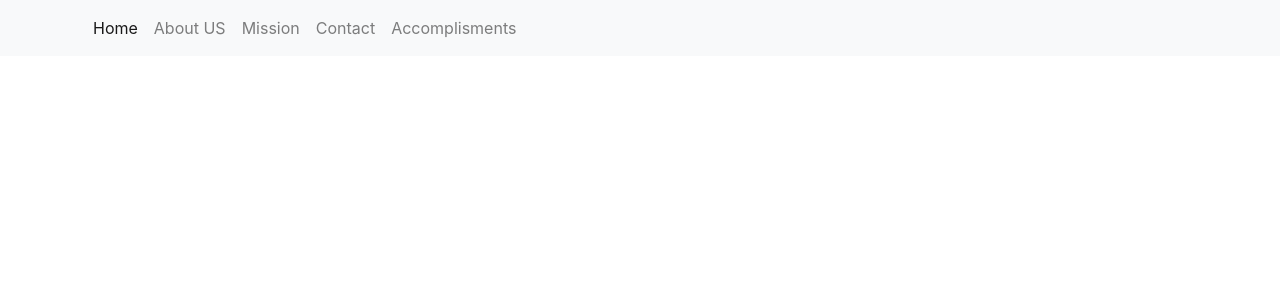
Repository: vipulx44/Prayas-Seva
Page: http://localhost/
The author's editor kept a copy of each file at every save. The page is drawn from the files as they stood at one save, then again after the next save.
The browser window is 1280 px wide. The pictures show the whole page.
Some web libraries are served in a nearby version. The page is run by PHP 8.4 with error messages shown; the project is at /var/www/html/.

Above is the page before, as saved 2017-09-23 14:17:36.

After the next save:
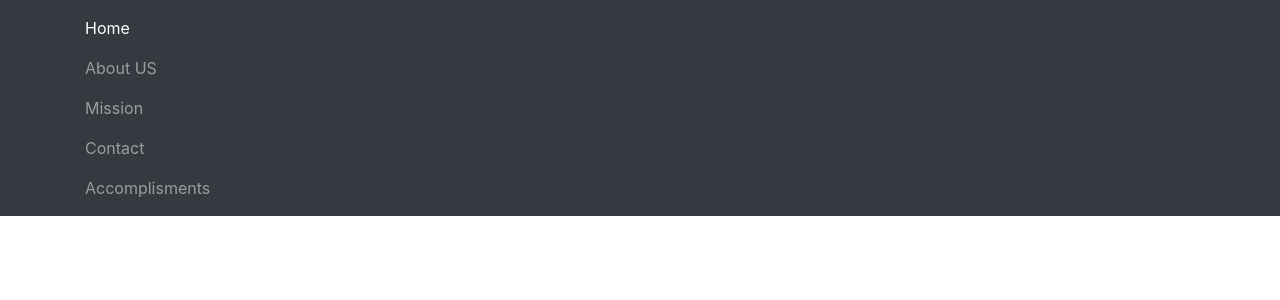
Saved 48 s later.
--- a/Prayasfirst/index.php
+++ b/Prayasfirst/index.php
@@ -22,7 +22,7 @@
 	<body>
 
 
-		<nav class="navbar navbar-expand-lg navbar-light bg-light">
+		<nav class="navbar navbar-dark bg-dark">
 					<div class="container">
 					     <ul class="navbar-nav mr-auto">
 					      <li class="nav-item active">
